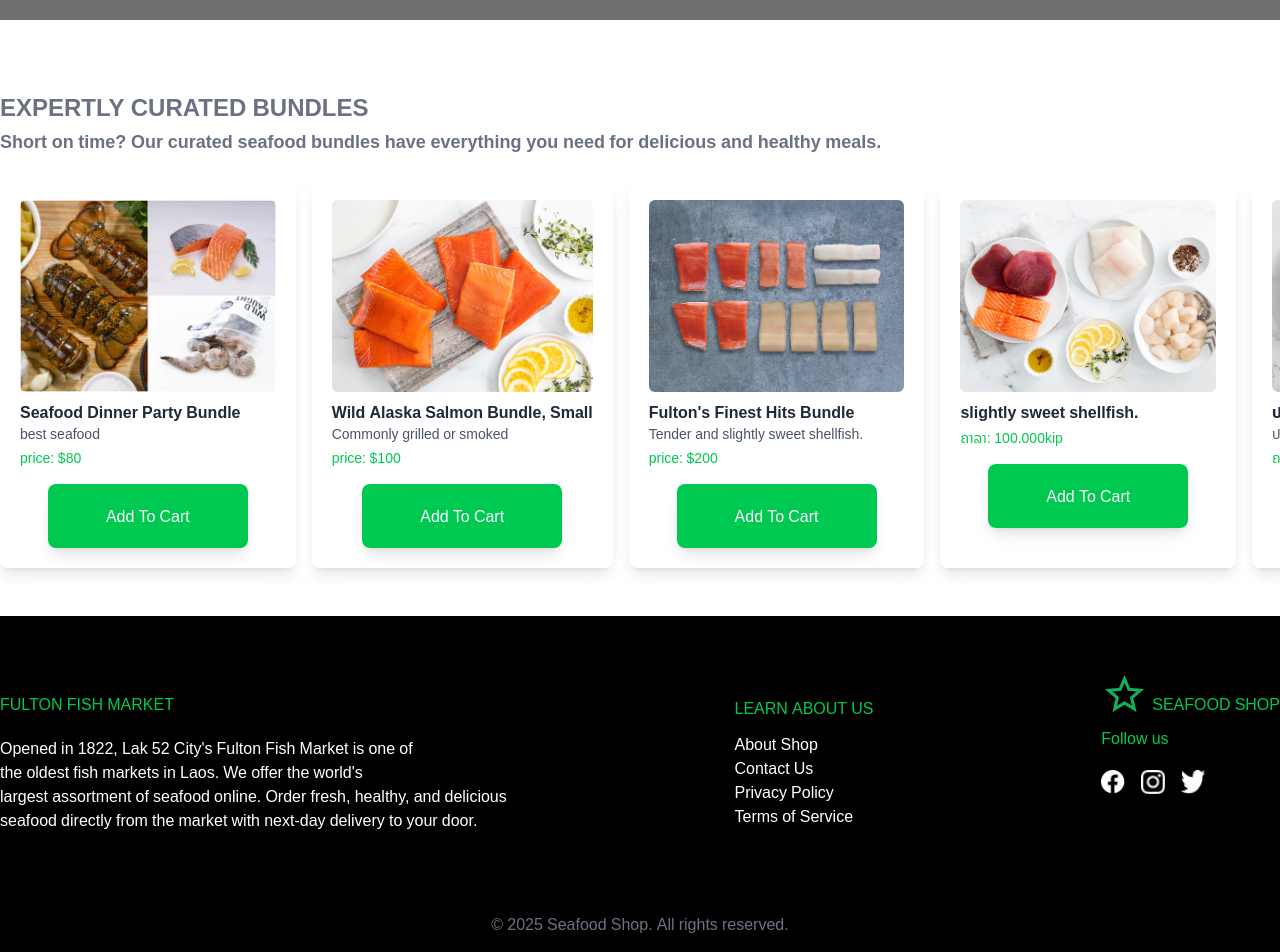
Repository: KongRucifer/SeaFood-Shop
Page: /modules/home/views
These files come from the project's save history. The page is drawn as it stood at one moment and after the next save; the edit follows.
The browser window is 1280 px wide. The pictures show the part of the page from y = 2332 to 3284 px (the page is 3284 px tall).
Pictures or frames that could not be fetched are drawn as grey boxes. The project was rebuilt for these pictures with package versions that can differ from the ones it lists, and the page was loaded fresh each time. The framework's server and built-in components were replaced by stand-ins that run in the browser. Also part of the build but not shown: next.config.ts.

Above is the page before, as saved 2025-06-25 20:31:10.

### src/app/layout.tsx
import type { Metadata } from "next";
import { Geist, Geist_Mono } from "next/font/google";
import "./globals.css";
import Navbar from "@/app/components/Navbar";
import Footer from "@/app/components/Footer";
import { Noto_Sans_Lao } from 'next/font/google';
 const geistSans = Geist({
  variable: "--font-geist-sans",
  subsets: ["latin"],
});

const geistMono = Geist_Mono({
  variable: "--font-geist-mono",
  subsets: ["latin"],
});
const notoSansLao = Noto_Sans_Lao({
  subsets: ['lao'],
  weight: ['400', '700'],
  variable: '--font-noto-sans-lao',
  display: 'swap',
});
export const metadata: Metadata = {
  title: "ຮ້ານຂາຍອາຫານທະເລ - ໜ້າທຳອິດ | Seafood Shop",
  description:
    "ຮ້ານຂາຍອາຫານທະເລອອນໄລ ໜ້າທຳອິດ ລວມອາຫານທະເລຫຼາກຫຼາຍ ເຊັ່ນ ປາ, ປູ, ກຸ້ງ ແລະ ອາຫານທະເລອື່ນໆ ສາມາດສັ່ງຊື້ໃນເວັບໄຊໄດ້ ມີບໍລິການສົ່ງໄປເຖີງທີ່ ສາມາດເຮັດ ການໂອນເງິນ ທີ່ເວັບໄຊທ໌ຂອງພວກເຮົາ",
  keywords:
    "ອາຫານທະເລ ອອນໄລ, ຮ້ານຂາຍອາຫານທະເລ, ສັ່ງອາຫານທະເລ, ອາຫານທະເລສົ່ງໄວທັນໃຈ",
  authors: [{ name: "kong mong thao" }],
  publisher: "Super Shop SeaFood",
  robots: {
    index: true,
    follow: true,
  },
  openGraph: {
    title: "ຮ້ານຂາຍອາຫານທະເລ - ໜ້າທຳອິດ | Seafood Shop",
    description:
      "ສັ່ງຊື້ອາຫານທະເລ ລາຄາຖືກ ສົ່ງໄວ ທັນໃຈ ສາມາດໂອນເງີນ ປາຍທາງໄດ້",
    url: "http://localhost:3000/images/fish.jpeg",
    siteName: "Seafood Shop",
    locale: "th_TH",
    type: "website",
    images: [
      {
        url: "http://localhost:3000/images/myshopSeafood.jpeg",
        width: 1200,
        height: 630,
        alt: "Food Shop Image",
      },
    ],
  },
  twitter: {
    card: "summary_large_image",
    title: "ຮ້ານຂາຍອາຫານທະເລ - ໜ້າທຳອິດ | Seafood Shop",
    description:
      "ສັ່ງຊື້ອາຫານທະເລ ລາຄາຖືກ ສົ່ງໄວ ທັນໃຈ ມີບໍລິການໂອນເງີນ ປາຍທາງ",
    images: ["http://localhost:3000/images/seafood2.jpeg"],
  },
  alternates: {
    canonical: "https://yourdomain.com/",
  },

}
export const viewport = {
  width: 'device-width',
  initialScale: 1,
};
export default function RootLayout({
  children,
}: Readonly<{
  children: React.ReactNode;
}>) {
  return (
    <html lang="lo" className={notoSansLao.variable}>
      <body
        className={`${geistSans.variable} ${geistMono.variable} antialiased`}
      >
        <Navbar />
        {children}
        <Footer />
      </body>
    </html>
  );
}

### src/app/modules/home/views/page.tsx
import Banner from "@/app/modules/home/components/Banner.component";
import Best_Sellers from "@/app/modules/home/components/Best_Sellers.component";
import Popular_Shellfish from "@/app/modules/home/components/Popular_Shellfish.component";
import Fulton_Finsider from "@/app/modules/home/components/Fulton_Finsider.component";
import Healthy_Meals from "@/app/modules/home/components/Healthy_Meals.component";
export default function Home() {
  return (
    <div className="flex flex-col items-center justify-center ">
      <Banner />
      <Best_Sellers />
      <Popular_Shellfish />
      <Fulton_Finsider />
      <Healthy_Meals />
    </div>
  );
}

### src/app/globals.css
 @import "tailwindcss";
 body {
  font-family: var(--font-noto-sans-lao), sans-serif;
}
@keyframes upDown {
  0% {
    transform: translateY(0);
  }
  50% {
    transform: translateY(-10px);
  }
  100% {
    transform: translateY(0);
  }
}

.hover-updown:hover {
  animation: upDown 1s ease-in-out infinite;
}

### src/app/components/Navbar.tsx
import Link from "next/link";

export default async function Navbar() {
  return (
    <nav className="bg-white border-gray-200 dark:bg-gray-900 shadow-md fixed top-0 left-0 z-50 w-full">
      <div className="container mx-auto">
      <div className=" flex flex-wrap items-center justify-between  p-4">
        <div className="flex items-center">
          <img
            src="/images/lets-icons_shop.png"
            className="h-8 mr-3"
            alt="Seafood Shop Logo"
          />
          <span className="self-center text-2xl font-semibold whitespace-nowrap dark:text-white">
            Seafood Shop
          </span>
        </div>
        <div className="flex justify-center items-center md:order-2 gap-10">
          <Link href="/" className="-pb-1 border-b-2 border-transparent hover:border-green-500 transition">Home</Link>
          <Link href="/" className="-pb-1 border-b-2 border-transparent hover:border-green-500 transition">About Shop</Link>
          <Link href="/" className="-pb-1 border-b-2 border-transparent hover:border-green-500 transition">Contact Us</Link>
          <Link href="/" className="border border-green-500 text-green-500 px-4 py-2 rounded hover:bg-green-50 transition">
            Sign Up
          </Link>
          <Link href="/" className="border border-green-500 text-green-500 px-4 py-2 rounded hover:bg-green-50 transition">
            Sign In
          </Link>
        </div>
      </div>
      </div>
    </nav>
  );
}

### src/app/components/Footer.tsx

export default async function Footer() {
  return (
    <footer className="bg-black dark:bg-gray-900">
      <div className="max-w-screen-xl mx-auto container pt-4 pb-4 sm:items-center">
        <div>

        <div className="flex flex-col  md:flex-row justify-between  items-start md:items-center space-y-4 md:space-y-0 md:space-x-8 text-white mb-20 mt-15">
           <div>
             <h3 className="mb-5 text-green-500">FULTON FISH MARKET</h3>
           <div>
            <p className="text-md">Opened in 1822, Lak 52 City's Fulton Fish Market is one of  </p>
            <p className="text-md">the oldest fish markets in Laos. We offer the world&apos;s</p>
            <p className="text-md">largest assortment of seafood online. Order fresh, healthy, and delicious</p>
            <p className="text-md"> seafood directly from the market with next-day delivery to your door.</p>
           </div>
           </div>
           <div>
             <h3 className="mb-3 text-green-500 ">LEARN ABOUT US</h3>
           <div>
            <ul>
              <li className="cursor-pointer hover:text-gray-300 transition">About Shop</li>
              <li className="cursor-pointer hover:text-gray-300 transition" >Contact Us</li>
              <li className="cursor-pointer hover:text-gray-300 transition" >Privacy Policy</li>
              <li className="cursor-pointer hover:text-gray-300 transition">Terms of Service</li>
            </ul>
           </div>
           </div>
           <div className="xl:-mt-10 lg:-mt-10 sm:mt-10 md:-mt-13    ">
             <div className="mb-2 text-green-500 flex items-center gap-1"><img  src="/images/star.png" alt="no image star"  className="-mt-5" /><h3>SEAFOOD SHOP</h3></div>
           <div>
             <h3 className="mb-5 text-green-500 items-center">Follow us</h3>
              <ul className="flex space-x-4 content-center">
                <li>
                  <a href="https://www.facebook.com" target="_blank" rel="noopener noreferrer">
                    <img  src="/images/facebook.png"  alt="Facebook" className="w-6 h-6" />
                  </a>
                </li>
                <li>
                  <a href="https://www.instagram.com" target="_blank" rel="noopener noreferrer">
                    <img  src="/images/instagram.png"  alt="Instagram" className="w-6 h-6" />
                  </a>
                </li>
                <li>
                  <a href="https://www.twitter.com" target="_blank" rel="noopener noreferrer">
                    <img  src="/images/twitter.png"  alt="Twitter" className="w-6 h-6" />
                  </a>
                </li>
               </ul>
           </div>
           </div>
        </div>
        <div className="text-center text-gray-500 dark:text-gray-400">
          © {new Date().getFullYear()} Seafood Shop. All rights reserved.
        </div>
        </div>
      </div>
    </footer>
  ); }

### src/app/modules/home/components/Banner.component.tsx
import Image  from 'next/image';
export default async function Banner() {
  return (
    <div className="relative w-full h-130 r overflow-hidden mb-10">
  <img
    src="/images/food.jpg"
    alt="no image seafood"
    className="absolute inset-0 w-full h-full object-cover opacity-60"
  />
  <h1 className="relative z-10 flex items-center justify-center h-full text-4xl font-bold text-gray-700">
    Welcome to Seafood Shop
  </h1>
</div>
  );
}

### src/app/modules/home/components/Fulton_Finsider.component.tsx
import Image from "next/image";
export default async function Fulton_Finsider() {
  return (
    <div className="relative w-full h-[40rem] overflow-hidden mb-10">
      <div>
        <img
          src="/images/celender2.png"
          alt="Seafood background"
          className="absolute  w-full h-full object-cover"
        />
      </div>

      <div className="relative z-10 flex flex-col md:flex-row items-center justify-start h-full text-center px-4 md:px-10 text-gray-800 bg-black/30 ">
        <div className="max-w-sm  rounded-xl p-6 m-4 shadow-lg">
          <div className="w-20 h-20 bg-white rounded-full flex items-center justify-center mx-auto mb-4 shadow ">
            <img
              src="/images/puss.png"
              alt="Seafood Icon"
              className="w-12 h-12 hover-updown"
            />
          </div>
          <h2 className="text-xl font-semibold mb-2">Dive In & Explore</h2>
          <p className="text-sm mb-2 text-gray-300">
            Craving buttery scallops, sushi-grade tuna, or wild-caught salmon?
            We’ve got the best, chef-quality seafood ready for your table!
          </p>
          <p className="text-sm mb-4 font-medium text-white">
            Pro Tip: Not sure what to try first?
          </p>
          <button className="px-4 py-2 bg-white border border-gray-300 text-gray-600 rounded hover:bg-gray-100 transition">
            OUR BEST SELLERS
          </button>
        </div>

        <div className="max-w-sm  rounded-xl p-6 m-4 shadow-lg">
          <div className="w-20 h-20 bg-white rounded-full flex items-center justify-center mx-auto mb-4 shadow ">
            <img
              src="/images/pass.png"
              alt="Seafood Icon"
              className="w-12 h-12 hover-updown"
            />
          </div>
          <h2 className="text-xl font-semibold mb-2">Make Your Catch</h2>
          <p className="text-sm mb-2 text-gray-300">
            Love fresh seafood? Set it and forget it! Subscribe for savings, VIP
            perks, and exclusive gifts—no effort required!
          </p>
          <p className="text-sm mb-4 font-medium text-white">
            Save 15% or more on every order!
          </p>
          <button className="px-4 py-2 bg-white border border-gray-300 text-gray-600 rounded hover:bg-gray-100 transition">
            SUBSCRIBE & SAVE
          </button>
        </div>

        <div className="max-w-sm  rounded-xl p-6 m-4 shadow-lg">
          <div className="w-20 h-20 bg-white rounded-full flex items-center justify-center mx-auto mb-4 shadow ">
            <img
              src="/images/puss.png"
              alt="Seafood Icon"
              className="w-12 h-12 hover-updown"
            />
          </div>
          <h2 className="text-xl font-semibold mb-2">Reel It In</h2>
          <p className="text-sm mb-2 text-gray-300">
            Our seafood ships fast, freshly-frozen, and packed with care in
            eco-friendly materials. No more guessing how long that store-bought
            fish has been hanging around!
          </p>
          <p className="text-sm mb-4 font-medium text-white">
            Worried about cooking? Don’t be!
          </p>
          <button className="px-4 py-2 bg-white border border-gray-300 text-gray-600 rounded hover:bg-gray-100 transition">
            TIPS & RECIPES
          </button>
        </div>
      </div>
    </div>
  );
}

### src/app/modules/home/components/Healthy_Meals.component.tsx
import Image from "next/image";
export default async function Healthy_Meals() {
  return (
    <div className="container mx-auto py-8">
      <div>
        <h1 className="text-2xl font-bold mb-1 text-gray-500 ">
          EXPERTLY CURATED BUNDLES
        </h1>
        <h2 className="text-lg font-bold mb-6 text-gray-500 ">
          Short on time? Our curated seafood bundles have everything you need
          for delicious and healthy meals.
        </h2>
      </div>
      <div className="flex overflow-x-auto space-x-4 pb-4">
        {/* Card 1 */}
        <div className="min-w-[200px] flex-shrink-0 bg-white rounded-lg shadow-lg p-5 transform transition duration-300 hover:scale-105">
          <div>
            <img
              src="/images/shak.webp"
              alt="Seafood Dish 1"
              className="w-full h-48 object-cover rounded-md transition-transform duration-500 ease-in-out group-hover:scale-105"
            />
          </div>
          <div className="mt-2">
            <h4 className="font-semibold text-gray-800">Seafood Dinner Party Bundle</h4>
            <p className="text-sm text-gray-600">best seafood</p>
            <p className="text-sm text-green-500 mt-1">price: $80</p>
          </div>
          <div className="flex justify-center mt-4">
            <button className="min-w-[200px] flex-shrink-0  rounded-lg shadow-lg p-5 cursor-pointer bg-green-500 hover:bg-green-700 text-white transform transition duration-300 hover:scale-105">
              Add To Cart
            </button>
          </div>
        </div>

        {/* Card 2 */}
        <div className="min-w-[200px] flex-shrink-0 bg-white rounded-lg shadow-lg p-5 transform transition duration-300 hover:scale-105">
          <div>
            <img
              src="/images/xaspus.webp"
              alt="Seafood Dish 2"
              className="w-full h-48 object-cover rounded-md"
            />
          </div>
          <div className="mt-2">
            <h4 className="font-semibold text-gray-800">Wild Alaska Salmon Bundle, Small</h4>
            <p className="text-sm text-gray-600">Commonly grilled or smoked</p>
            <p className="text-sm text-green-500 mt-1">price: $100</p>
          </div>
          <div className="flex justify-center mt-4">
            <button className="min-w-[200px] flex-shrink-0  rounded-lg shadow-lg p-5 cursor-pointer bg-green-500 hover:bg-green-700 text-white transform transition duration-300 hover:scale-105">
              Add To Cart
            </button>
          </div>
        </div>

        {/* Card 3 */}
        <div className="min-w-[200px] flex-shrink-0 bg-white rounded-lg shadow-lg p-5 transform transition duration-300 hover:scale-105">
          <div>
            <img
              src="/images/xibxus.jpg"
              alt="Seafood Dish 3"
              className="w-full h-48 object-cover rounded-md"
            />
          </div>
          <div className="mt-2">
            <h4 className="font-semibold text-gray-800">Fulton's Finest Hits Bundle</h4>
            <p className="text-sm text-gray-600">Tender and slightly sweet shellfish.</p>
            <p className="text-sm text-green-500 mt-1">price: $200</p>
          </div>
          <div className="flex justify-center mt-4">
            <button className="min-w-[200px] flex-shrink-0  rounded-lg shadow-lg p-5 cursor-pointer bg-green-500 hover:bg-green-700 text-white transform transition duration-300 hover:scale-105">
              Add To Cart
            </button>
          </div>
        </div>
        {/* Card 4 */}

        <div className="min-w-[200px] flex-shrink-0 bg-white rounded-lg shadow-lg p-5 transform transition duration-300 hover:scale-105">
          <div>
            <img
              src="/images/xusxib.webp"
              alt="Seafood Dish 3"
              className="w-full h-48 object-cover rounded-md"
            />
          </div>
          <div className="mt-2">
            <h4 className="font-semibold text-gray-800">slightly sweet shellfish.</h4>
            <p className="text-sm text-gray-600"></p>
            <p className="text-sm text-green-500 mt-1">ຄາລາ: 100.000kip</p>
          </div>
          <div className="flex justify-center mt-4">
            <button className="min-w-[200px] flex-shrink-0  rounded-lg shadow-lg p-5 cursor-pointer bg-green-500 hover:bg-green-700 text-white transform transition duration-300 hover:scale-105">
              Add To Cart
            </button>
          </div>
        </div>
        {/* Card 5 */}

        <div className="min-w-[200px] flex-shrink-0 bg-white rounded-lg shadow-lg p-5 transform transition duration-300 hover:scale-105">
          <div>
            <img
              src="/images/content3food.webp"
              alt="Seafood Dish 3"
              className="w-full h-48 object-cover rounded-md"
            />
          </div>
          <div className="mt-2">
            <h4 className="font-semibold text-gray-800">ປາກະພຸມ</h4>
            <p className="text-sm text-gray-600">ປາກະພຸມ ອາຫານແນວເກົາຫລີ</p>
            <p className="text-sm text-green-500 mt-1">ຄາລາ: 100.000kip</p>
          </div>
          <div className="flex justify-center mt-4">
            <button className="min-w-[200px] flex-shrink-0  rounded-lg shadow-lg p-5 cursor-pointer bg-green-500 hover:bg-green-700 text-white transform transition duration-300 hover:scale-105">
              Add To Cart
            </button>
          </div>
        </div>
      </div>
    </div>
  );
}

Loaded but not shown: src/app/modules/home/components/Best_Sellers.component.tsx (129 lines, source omitted); src/app/modules/home/components/Popular_Shellfish.component.tsx (121 lines, source omitted)

After the next save:
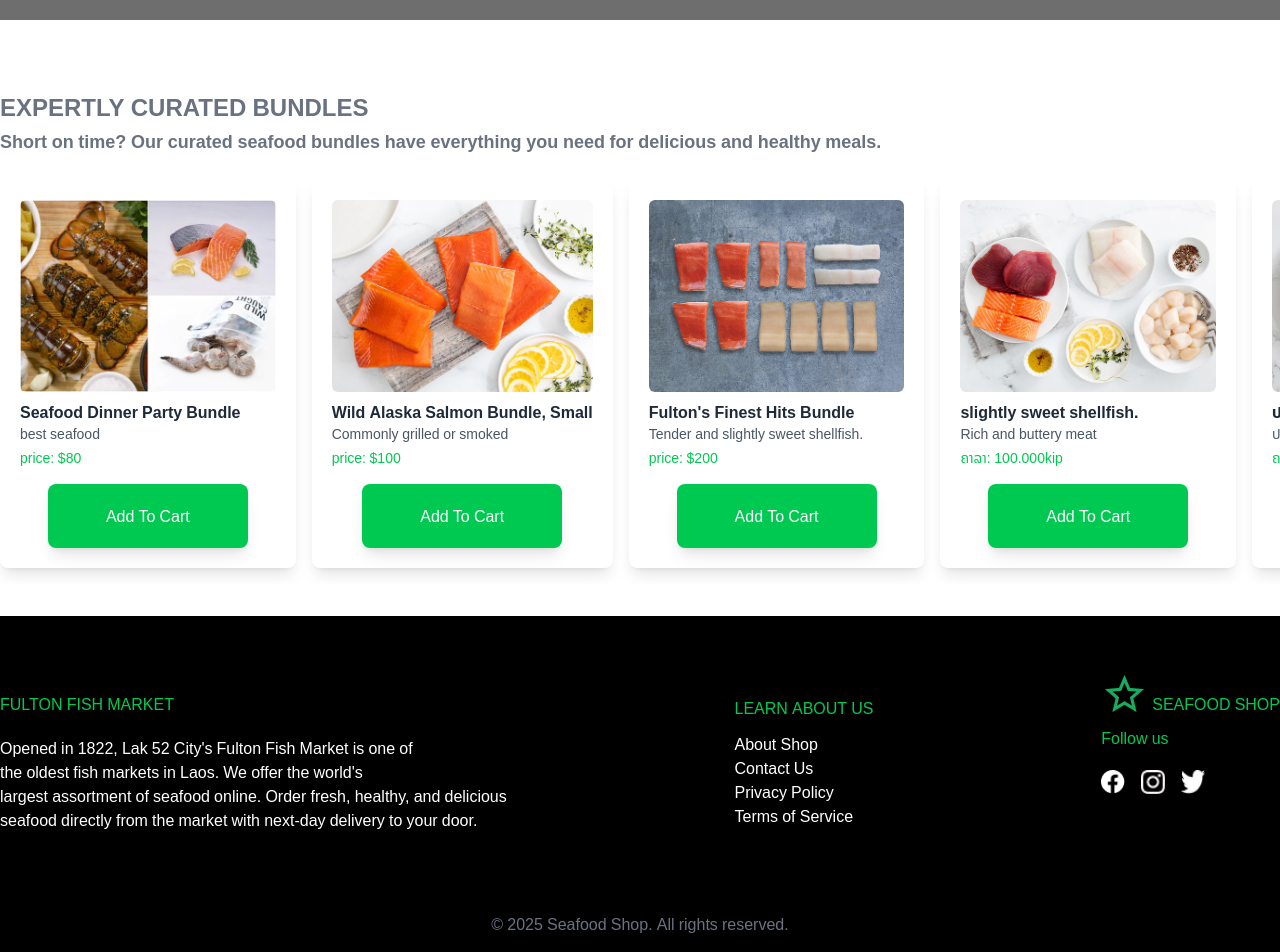
Saved 19 s later.
--- a/src/app/modules/home/components/Healthy_Meals.component.tsx
+++ b/src/app/modules/home/components/Healthy_Meals.component.tsx
@@ -86,7 +86,7 @@ export default async function Healthy_Meals() {
           </div>
           <div className="mt-2">
             <h4 className="font-semibold text-gray-800">slightly sweet shellfish.</h4>
-            <p className="text-sm text-gray-600"></p>
+            <p className="text-sm text-gray-600">Rich and buttery meat</p>
             <p className="text-sm text-green-500 mt-1">ຄາລາ: 100.000kip</p>
           </div>
           <div className="flex justify-center mt-4">
